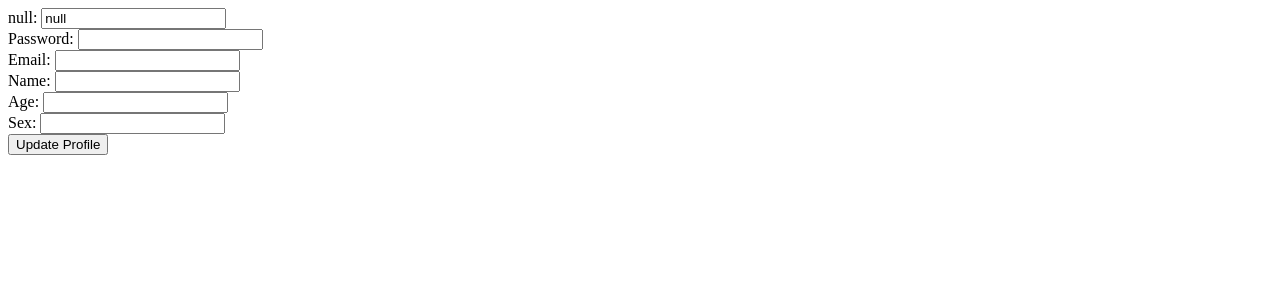
Repository: LifeIsRightward/WebServer
Page: http://localhost/JSPBook/Project/profile.jsp
These files come from the project's save history. The page is drawn as it stood at one moment and after the next save; the edit follows.
The browser window is 1280 px wide. The pictures show the whole page.
The page is served by Tomcat 9. Other server files are loaded and not shown.

Above is the page before, as saved 2024-06-06 16:36:47.

### JSPBook/src/main/webapp/Project/profile.jsp
<%@ page language="java" contentType="text/html; charset=EUC-KR"
    pageEncoding="EUC-KR"%>
<!DOCTYPE html>
<html>
<head>
<meta charset="EUC-KR">
<title>Profile</title>
</head>
<body>
	<%@ page import = "javabean.*" %>

	<%
		String uid = "";
		String pw = "";
		String email = "";
		String name = "";
		String age = "";
		String sex = "";
		uid = request.getParameter("uid");

		if(uid != null){
			String idnum = uid;
			memberDBCP mDBCP = new memberDBCP();
			member se = mDBCP.getMember(idnum);

			pw = se.getPassword();
			email = se.getEmail();
			name = se.getName();
			age = se.getAge();
			sex = se.getSex();
		}

	%>

	<form method="post" action="profileprocess.jsp">
        <div>
        	<label for="id"><%= uid %>:</label>
        	<input type="text" name="id" value="<%= uid %>">
        </div>
        <div>
            <label for="password">Password:</label>
            <input type="password" name="password" value="<%= pw %>">
        </div>
        <div>
            <label for="email">Email:</label>
            <input type="email" name="email" value="<%= email %>">
        </div>
        <div>
            <label for="name">Name:</label>
            <input type="text" name="name" value="<%= name %>">
        </div>
        <div>
            <label for="age">Age:</label>
            <input type="text" name="age" value="<%= age %>">
        </div>
        <div>
            <label for="sex">Sex:</label>
            <input type="text" name="sex" value="<%= sex %>">
        </div>
        <div>
            <button type="button" value="update" name="update">Update Profile</button>
        </div>
    </form>


</body>
</html>

After the next save:
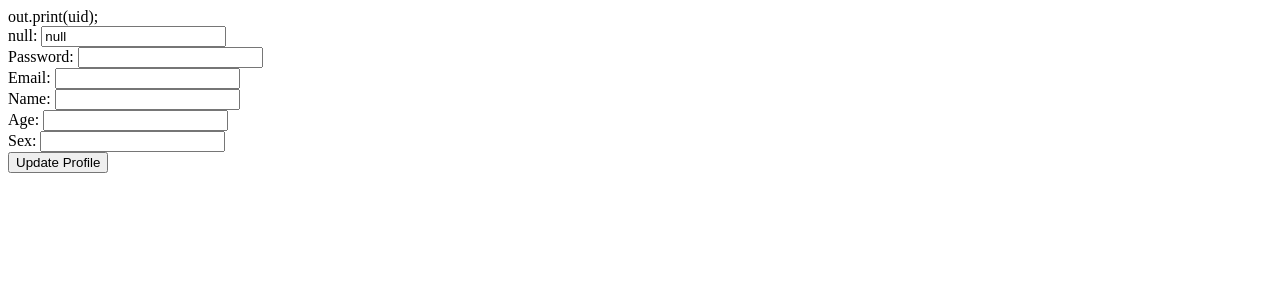
Saved 91 s later.
--- a/JSPBook/src/main/webapp/Project/profile.jsp
+++ b/JSPBook/src/main/webapp/Project/profile.jsp
@@ -32,6 +32,8 @@
 
 	%>
 
+	out.print(uid);
+
 	<form method="post" action="profileprocess.jsp">
         <div>
         	<label for="id"><%= uid %>:</label>
